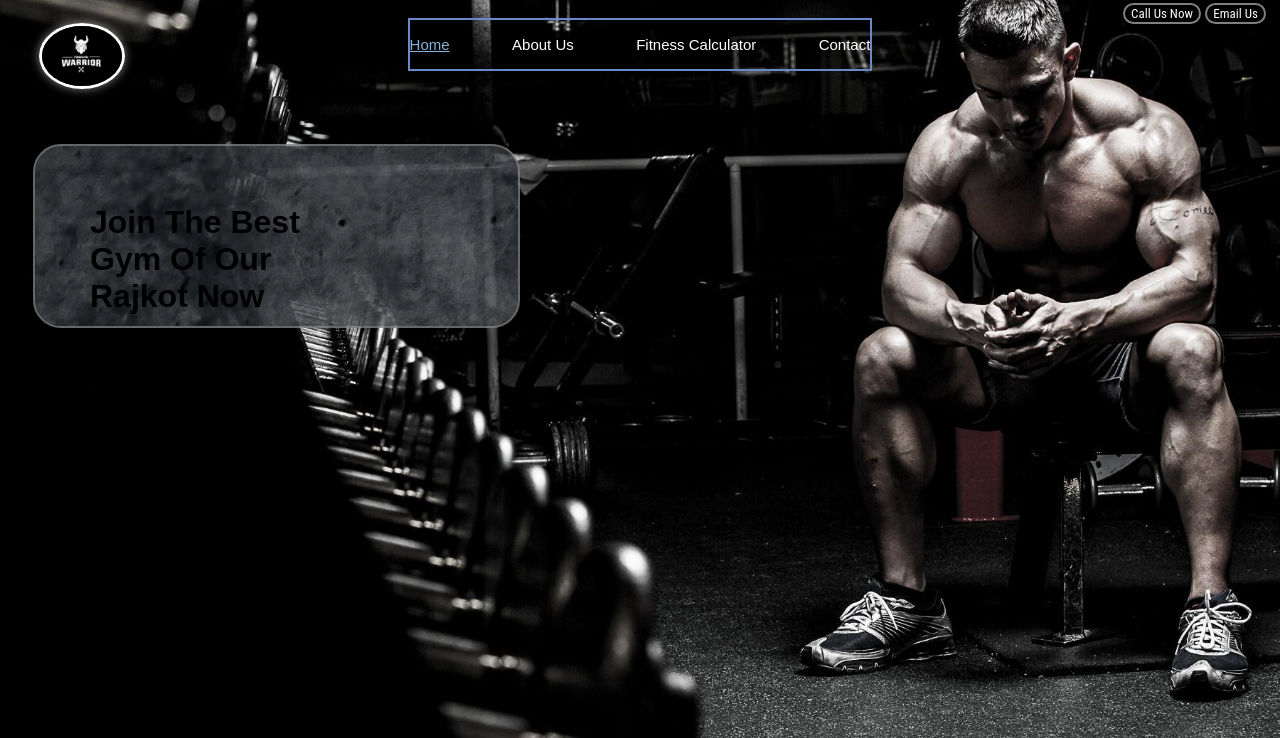
Repository: asthaasquare/project-1
Page: project-1/index.html
These files come from the project's save history. The page is drawn as it stood at one moment and after the next save; the edit follows.
The browser window is 1280 px wide. The pictures show the whole page.
Some web fonts or font styles are not loaded; a fallback is used.

Above is the page before, as saved 2024-05-09 18:01:40.

### project-1/index.html
<!DOCTYPE html>
<html lang="en">
  <head>
    <meta charset="UTF-8" />
    <meta name="viewport" content="width=device-width, initial-scale=1.0" />
    <title>Fit World</title>
  </head>
  <link rel="preconnect" href="https://fonts.googleapis.com">
<link rel="preconnect" href="https://fonts.gstatic.com" crossorigin>
<link href="https://fonts.googleapis.com/css2?family=Jersey+10&display=swap" rel="stylesheet">
  <link rel="stylesheet" href="css/style.css" />
  <style>
    body {
      color: white;
      margin: 0;
      padding: 0;
      background-image: url("img/1087639.jpg");
      background-size: cover; /* This will make sure the image covers the entire background */
      background-position: center; /* This will center the image within the container */
      height: 100vh; /* This will set the height of the background to the viewport height */
       font-family: "Jersey 10", sans-serif;
  font-weight: 400;
  font-style: normal;
    }

    .left {
      /* border: 2px double rgb(75, 62, 62); */
      display: inline-block;
      position: absolute;
      top: 0px;
      left: 34px;
      padding: 5px; /* Add some padding around the logo */
    }

    .left img {
      width: 80px;
      height: auto;
      border-radius: 50%;
      border: 3px solid white;
      box-shadow: 0 0 10px rgba(255, 255, 255, 0.5);
    }

    .left div {
      line-height: 0px;
    }

    .mid {
      margin: 18px auto;
      display: block;
      width: 36%;
      border: 2px double rgb(106, 137, 200);
    }

    .right {
      position: absolute;
      display: inline-block;
      /* border: 2px double rgb(100, 96, 222); */
      top: 0px;
      right: 34px;
    }

    .navbar {
      display: flex; /* Use flexbox for better alignment */
      justify-content: space-between; /* Distribute items evenly across the container */
      align-items: center; /* Center items vertically */
      padding: 0;
    }

    .navbar li {
      font-size: 15px;
      list-style: none; /* Remove default list styles */
      margin-right: 20px; /* Add some spacing between navbar items */
    }

    .navbar li a {
      color: white;
      text-decoration: none;
    }

    .navbar li a:hover,
    .navbar li a.active {
      text-decoration: underline;
      color: rgb(136, 177, 215);
    }

    .navbar li:last-child {
      margin-right: 0; /* Remove margin from the last navbar item */
    }

    .header {
      position: relative; /* Set position to relative to allow absolute positioning of ch
      ild elements */
    }

    .container {
      border: 2px solid grey;
      margin: 73px 33px;
      padding: 75px;
      width: 26%;
      background-image:url(img/bg1.jpg) ;
      opacity: 80%;
      z-index: -1;
      height: 30px;
      border-radius: 28px;

    }

    .btn {
      margin: 0px 0px;
      color: white;
      background-color: black;
      position: relative;
      right: 22px;
      top: -15px;
      left: 20px;
      border: 2px solid grey;
      border-radius: 13px;
      font-size: 13px;
      cursor: pointer;
      transition: background-color 0.3s, border-color 0.3s;
      font-family: "Roboto Condensed", sans-serif;
    }

    .btn:hover {
      background-color: grey; /* Change background color on hover */
      border-color: black; /* Change border color on hover */
    }

    h1{
      position: relative;
      top:-197px;
      color: black;
      font:12000;
      width: 280px;
      padding: 0px 90px;
    }
  </style>

  <body>
    <header class="header">
      <div class="left">
        <img src="img/logo.jpg" alt="Logo" />
      </div>
      <div class="mid">
        <ul class="navbar">
          <li><a href="#" class="active">Home</a></li>
          <li><a href="#">About Us</a></li>
          <li><a href="#">Fitness Calculator</a></li>
          <li><a href="#">Contact</a></li>
        </ul>
      </div>
      <div class="right">
        <button class="btn">Call Us Now</button>
        <button class="btn">Email Us</button>
      </div>
    </header>

    <div class="container">
      <!-- <h1>Join The Best Gym Of Our Rajkot Now</h1> -->
    </div>
    <div>
      <h1>Join The Best Gym Of Our Rajkot Now</h1>
      <form action="noaction.php">

      </form>
    </div>
  </body>
</html>

Loaded but not shown: project-1/css/style.css (no stored copy; drawn as an empty file)

After the next save:
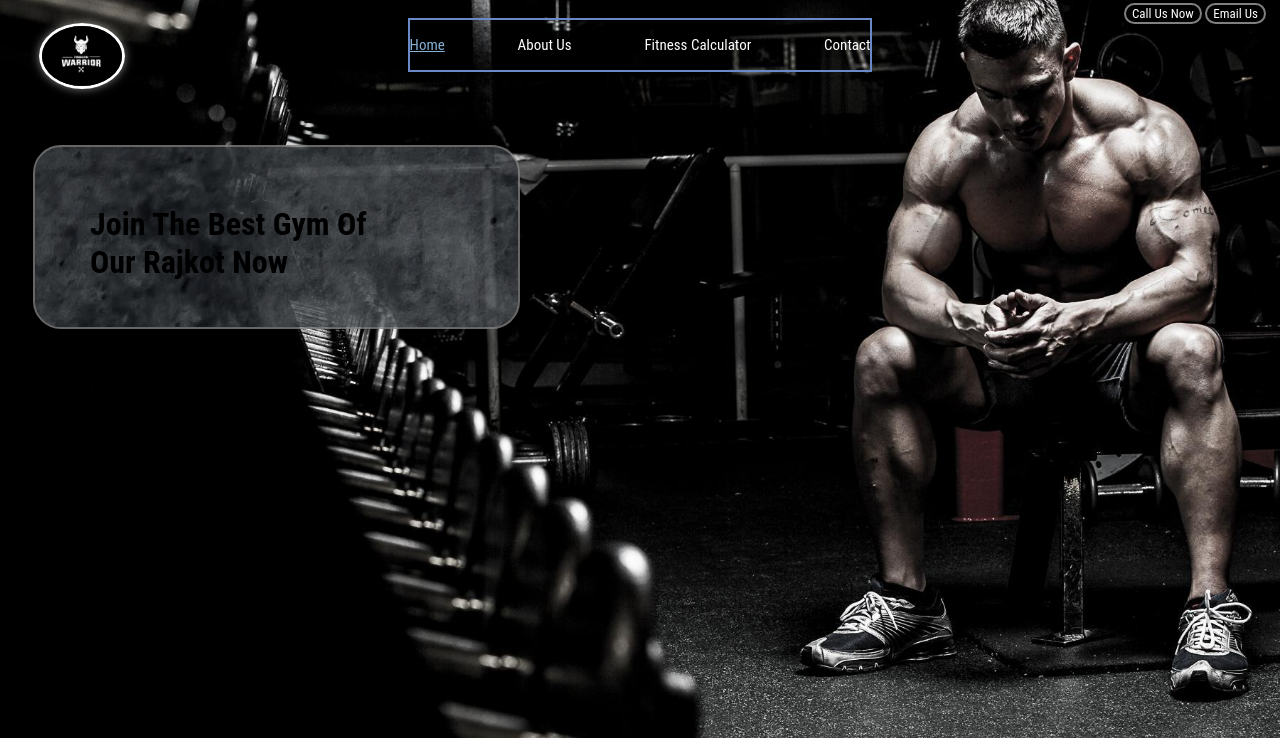
Saved 16 s later.
--- a/project-1/index.html
+++ b/project-1/index.html
@@ -18,9 +18,8 @@
       background-size: cover; /* This will make sure the image covers the entire background */
       background-position: center; /* This will center the image within the container */
       height: 100vh; /* This will set the height of the background to the viewport height */
-       font-family: "Jersey 10", sans-serif;
-  font-weight: 400;
-  font-style: normal;
+      font-family: "Roboto Condensed", sans-serif;
+      font-optical-sizing: auto;
     }
 
     .left {
